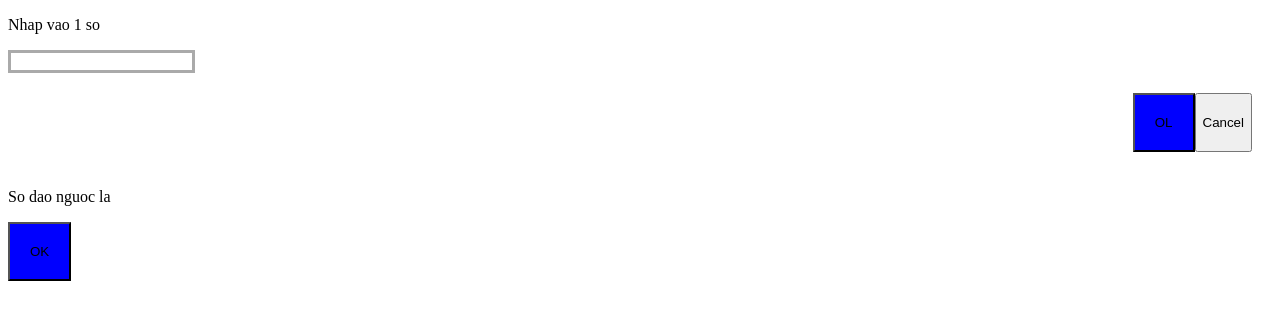
Repository: lhggiang/Sodaonguoc
Page: index.html
The author's editor kept a copy of each file at every save. The page is drawn from the files as they stood at one save, then again after the next save.
The browser window is 1280 px wide. The pictures show the whole page.

Above is the page before, as saved 2023-05-19 06:52:51.

After the next save:
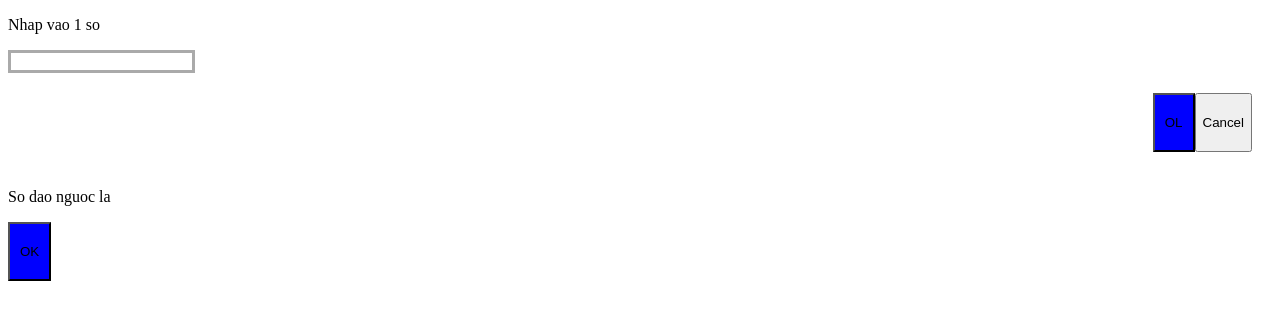
Saved 20 s later.
--- a/style.css
+++ b/style.css
@@ -10,5 +10,5 @@
 
 .ok {
   background: blue;
-  padding: 20px;
+  padding: 20px 10px;
 }
